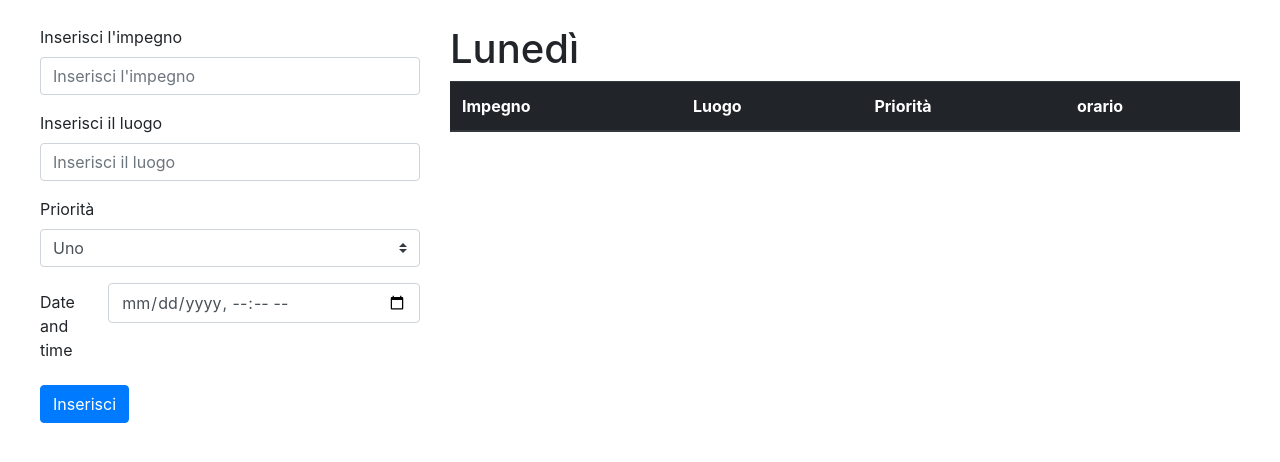
Repository: robertobellardi/eclipse
Page: Agenda/WebContent/index.html
These files come from the project's save history. The page is drawn as it stood at one moment and after the next save; the edit follows.
The browser window is 1280 px wide. The pictures show the whole page.
Some web libraries are served in a nearby version.

Above is the page before, as saved 2020-01-27 10:27:55.

After the next save:
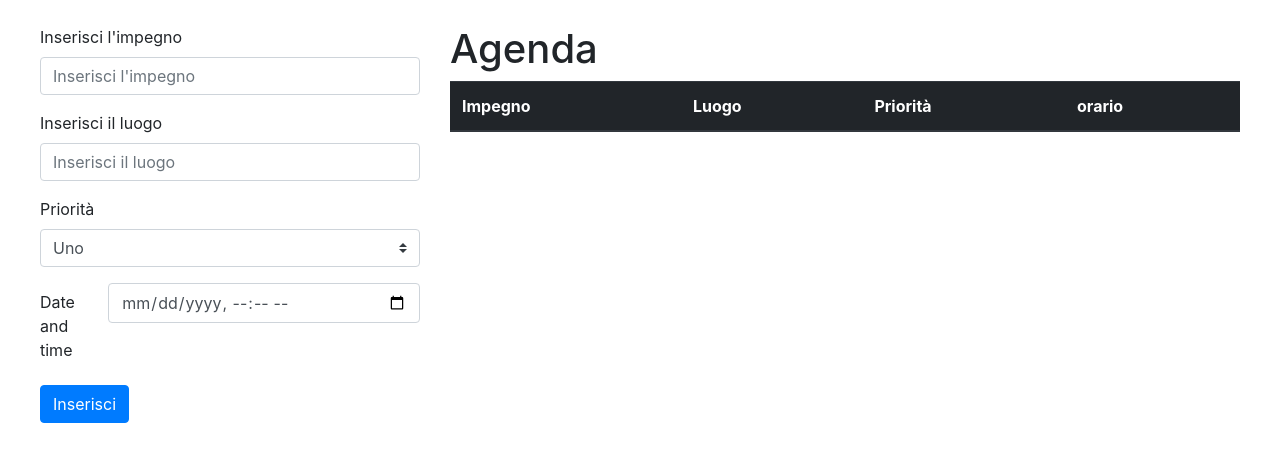
Saved 92 s later.
--- a/Agenda/WebContent/index.html
+++ b/Agenda/WebContent/index.html
@@ -49,7 +49,7 @@
 		</div>
 
 		<div class="col-8">
-		<h1>Lunedì</h1>
+		<h1>Agenda</h1>
 			<table class="table table-striped table-dark">
 		  		<thead>
 			    	<tr>
